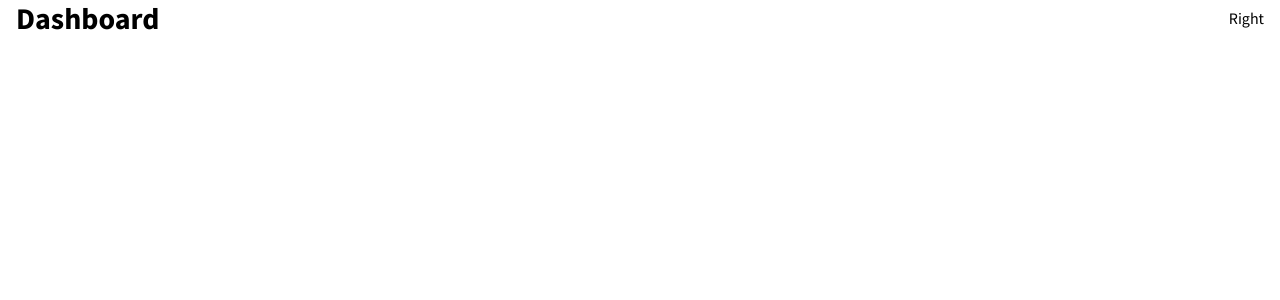
Repository: nation430/React-AdminDashboard
Page: /
These files come from the project's save history. The page is drawn as it stood at one moment and after the next save; the edit follows.
The browser window is 1280 px wide. The pictures show the whole page.
The project was rebuilt for these pictures with package versions that can differ from the ones it lists, and the page was loaded fresh each time.

Above is the page before, as saved 2022-08-08 14:00:46.

### public/index.html
<!DOCTYPE html>
<html lang="en">
  <head>
    <meta charset="utf-8" />
    <meta name="viewport" content="width=device-width, initial-scale=1" />
    <meta name="theme-color" content="#000000" />
    <meta
      name="description"
      content="Web site created using create-react-app"
    />
    <link rel="preconnect" href="https://fonts.googleapis.com" />
    <link rel="preconnect" href="https://fonts.gstatic.com" crossorigin />
    <link
      href="https://fonts.googleapis.com/css2?family=Source+Sans+Pro:wght@200;300;400;600;700&display=swap"
      rel="stylesheet"
    />

    <title>React Admin Dashboard</title>
  </head>
  <body>
    <noscript>You need to enable JavaScript to run this app.</noscript>
    <div id="root"></div>
  </body>
</html>

### src/index.css
@tailwind base;
@tailwind components;
@tailwind utilities;

*{
  margin: 0;
  font-family: 'Source Sans Pro', sans-serif;
}

### src/App.js
import Topbar from "./components/topbar/Topbar";

function App() {
  return (
    <div>
      <Topbar />
    </div>
  );
}

export default App;

### src/components/topbar/Topbar.jsx
import React from "react";

export default function Topbar () {
    return(
        <div className="topbar w-full ">
            <div className="topbarWeapper flex items-center justify-between h-full px-4 py-0">
            <div className="topLeft">
                <span className="logo font-bold text-3xl cursor-pointer ...">Dashboard</span>
            </div>
            <div className="topRight">Right</div>
            </div>
        </div>
    )

}

Loaded but not shown: src/index.js (common file); tailwind.config.js (common file)

After the next save:
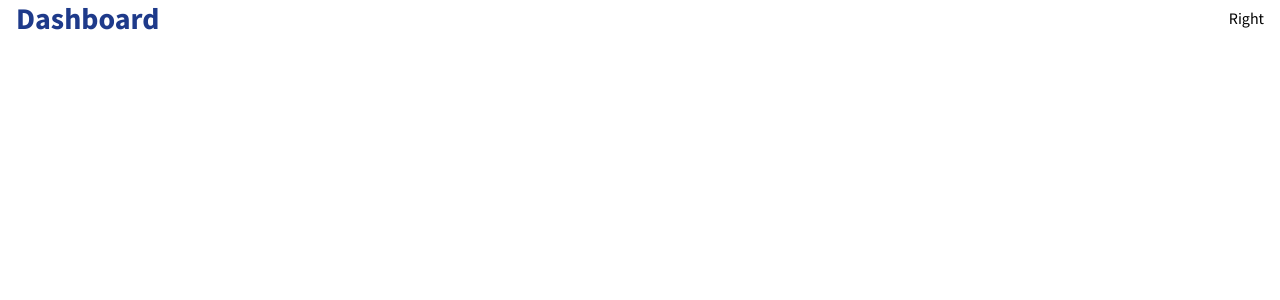
Saved 2 min 2 s later.
--- a/src/components/topbar/Topbar.jsx
+++ b/src/components/topbar/Topbar.jsx
@@ -5,7 +5,7 @@ export default function Topbar () {
         <div className="topbar w-full ">
             <div className="topbarWeapper flex items-center justify-between h-full px-4 py-0">
             <div className="topLeft">
-                <span className="logo font-bold text-3xl cursor-pointer ...">Dashboard</span>
+                <span className="logo font-bold text-3xl text-blue-900 cursor-pointer ...">Dashboard</span>
             </div>
             <div className="topRight">Right</div>
             </div>
